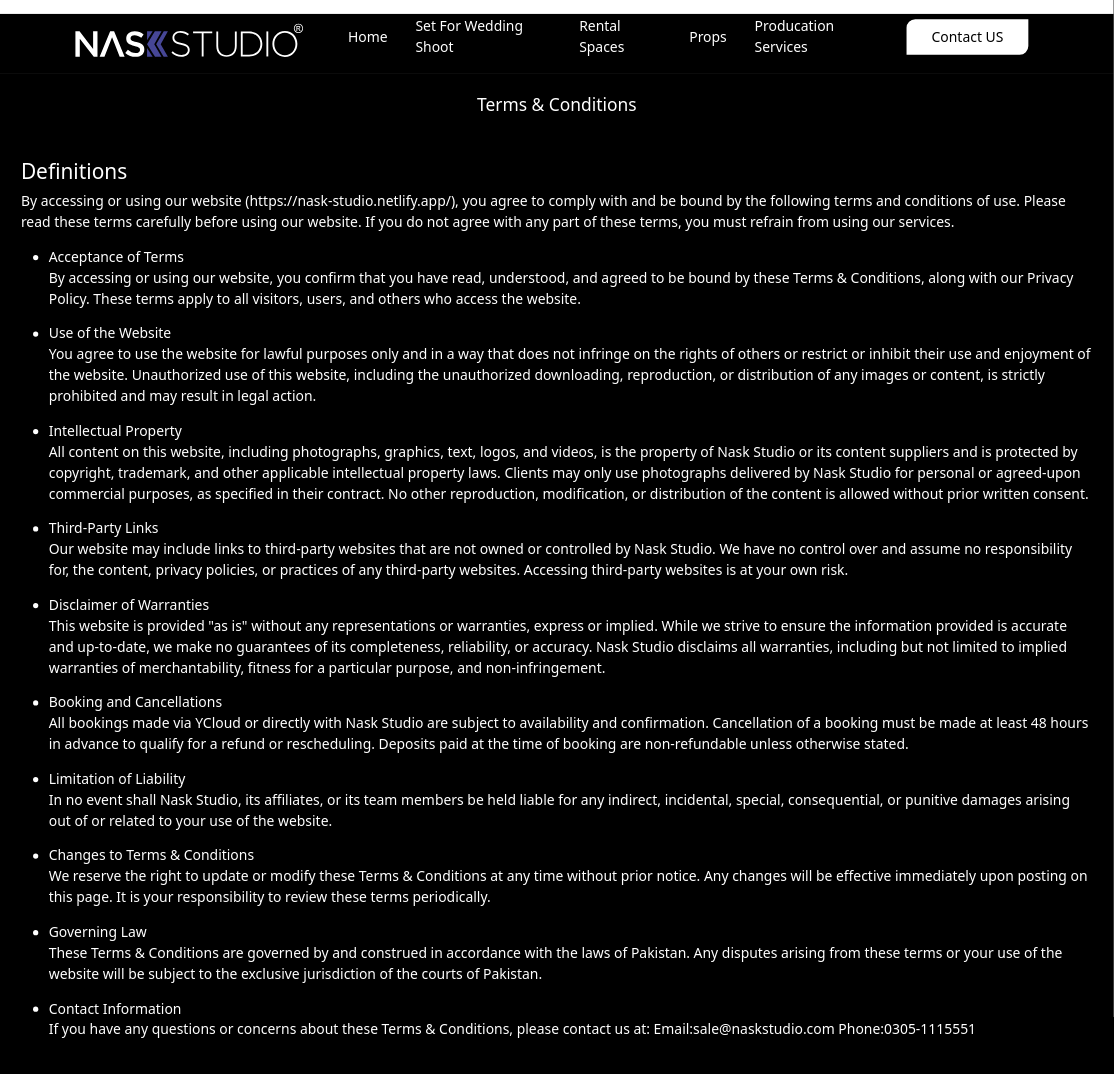
Repository: sagheerNaskSoft/nask-studio-sec-phase
Page: /termscondion
The author's editor kept a copy of each file at every save. The page is drawn from the files as they stood at one save, then again after the next save.
The browser window is 1280 px wide. The pictures show the whole page, at 87% of full size.
The project was rebuilt for these pictures with package versions that can differ from the ones it lists, and the page was loaded fresh each time. Also part of the build but not shown: src/Component/HomePage/Banner.js, src/Component/HomePage/ShootSection.js, src/Component/HomePage/SerivceSetion.js, src/Component/NavFooter/Footer.js, src/Pages/Home.js, src/Pages/About.js, src/Component/WeddingSets/Banner.js, src/Component/WeddingSets/StudioSection.js and 19 more.

Above is the page before, as saved 2025-02-04 14:02:55.

After the next save:
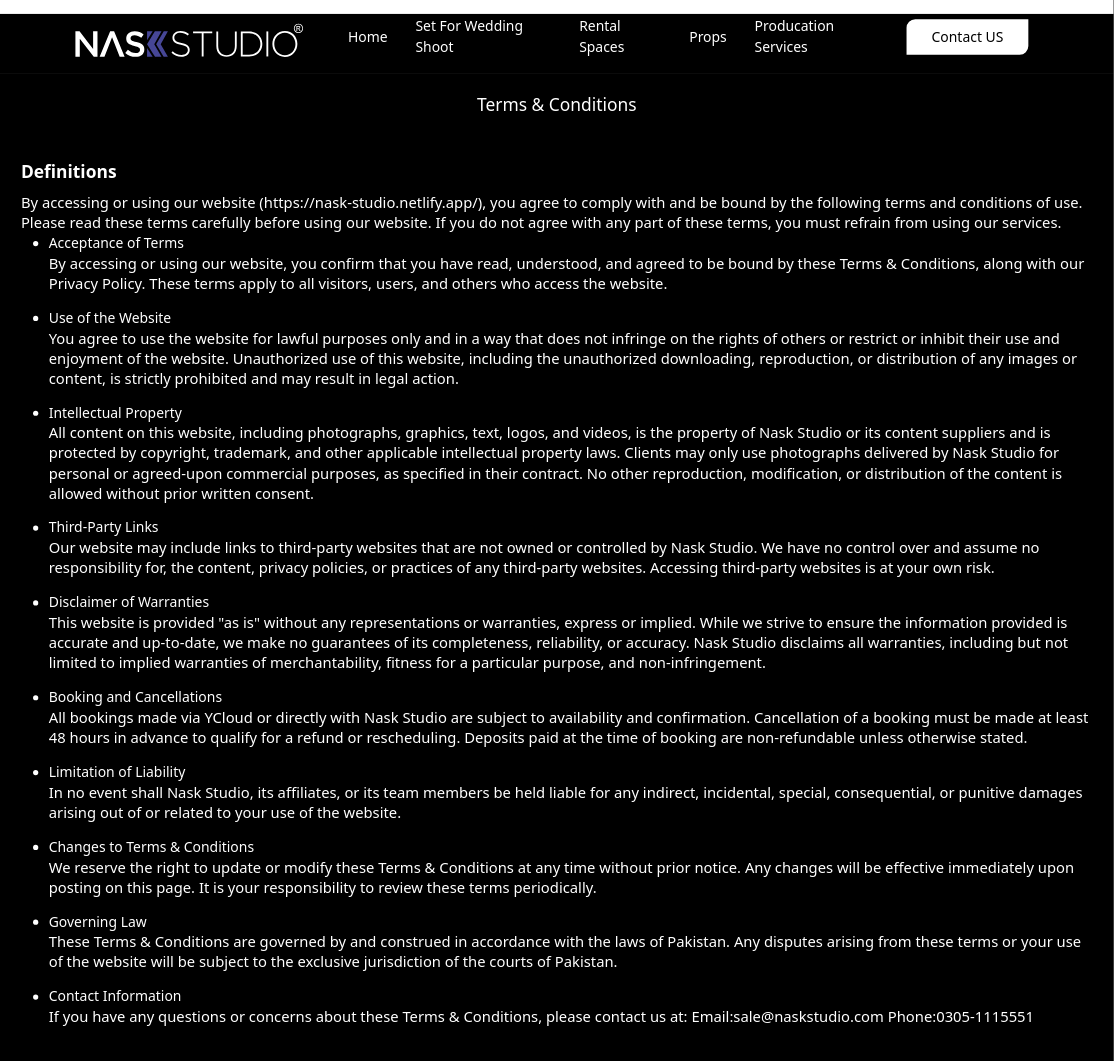
Saved 22 s later.
--- a/src/App.css
+++ b/src/App.css
@@ -887,7 +887,7 @@ body {
   font-size: 20px;
 }
 
-.Privace h4 {
+.terms h4 {
   font-family: var(--font-family);
   font-size: 20px;
   font-weight: 700;
@@ -898,7 +898,7 @@ body {
   margin-top: 30px;
 }
 
-.Privace p {
+.terms p {
   font-size: 17px;
   font-weight: 500;
   line-height: normal;
